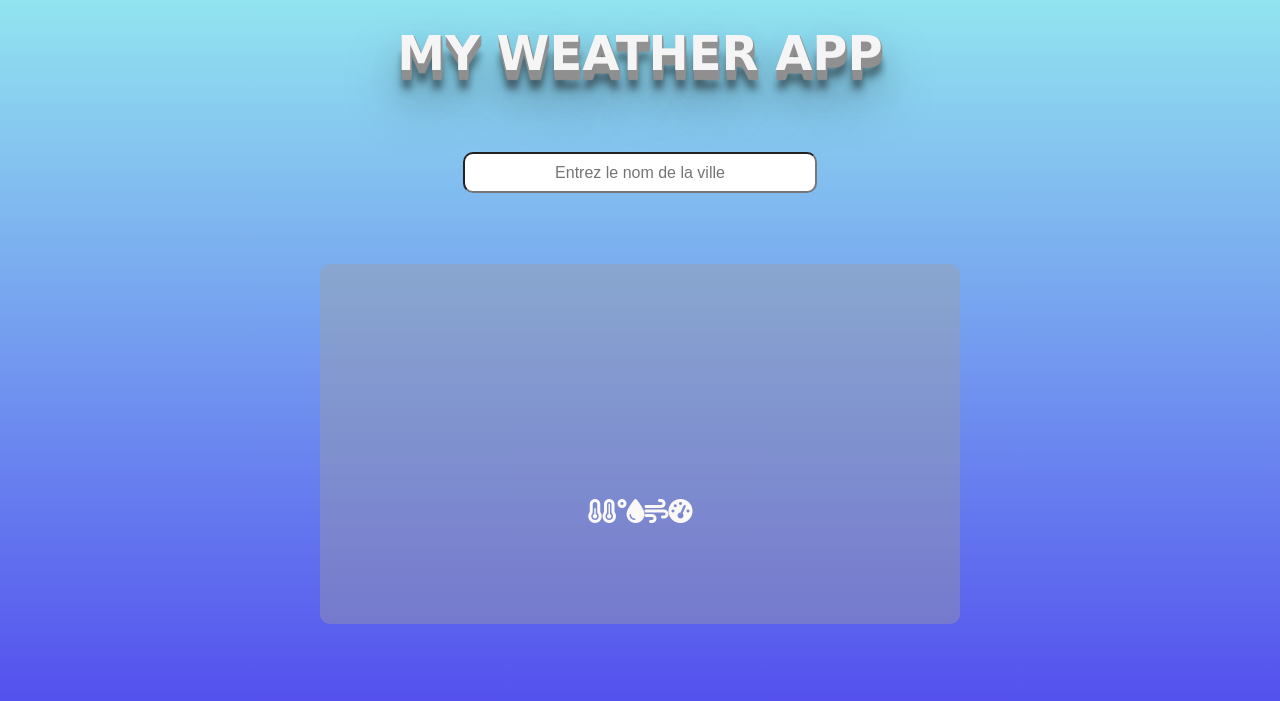
Repository: JeffnyAugustin/MyWeatherApp
Page: index.html
These files come from the project's save history. The page is drawn as it stood at one moment and after the next save; the edit follows.
The browser window is 1280 px wide. The pictures show the whole page.

Above is the page before, as saved 2023-11-15 17:23:35.

After the next save:
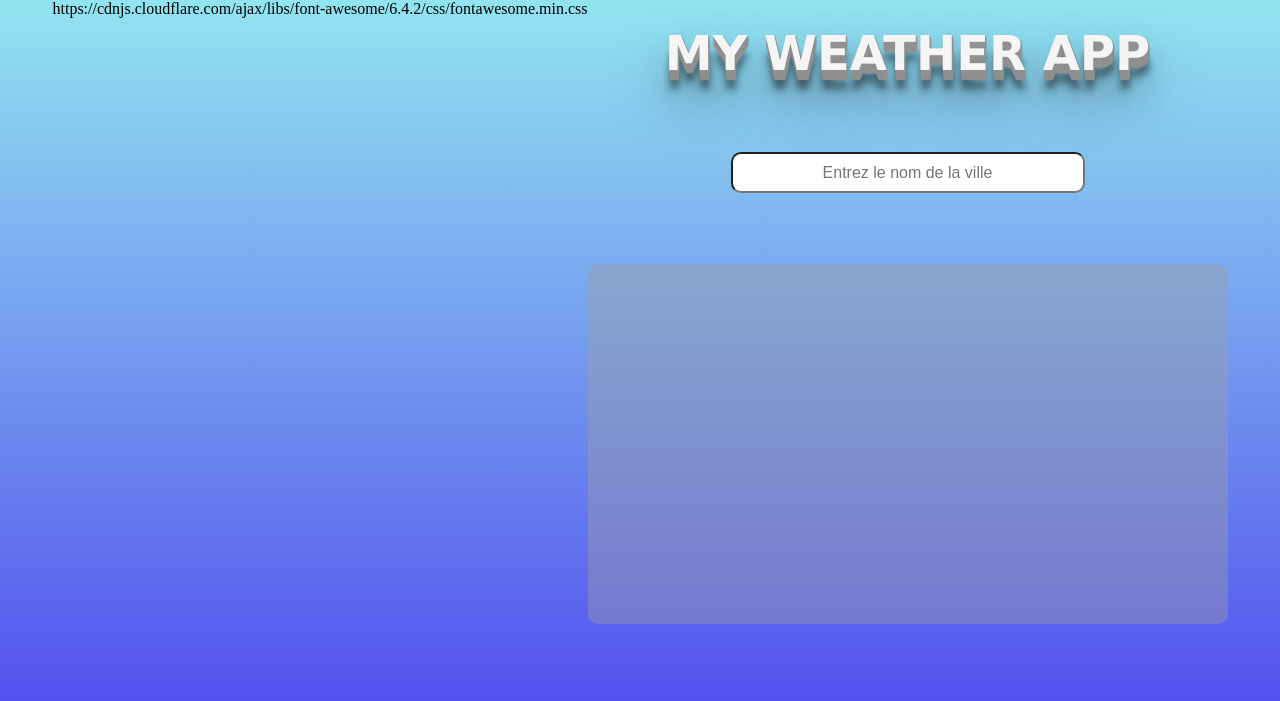
Saved 10 min 1 s later.
--- a/index.html
+++ b/index.html
@@ -5,9 +5,7 @@
     <meta charset="UTF-8">
     <meta http-equiv="X-UA-Compatible" content="IE=edge">
     <meta name="viewport" content="width=device-width, initial-scale=1.0">
-    <link rel="stylesheet" href="https://cdnjs.cloudflare.com/ajax/libs/font-awesome/6.4.0/css/all.min.css"
-        integrity="sha512-iecdLmaskl7CVkqkXNQ/ZH/XLlvWZOJyj7Yy7tcenmpD1ypASozpmT/E0iPtmFIB46ZmdtAc9eNBvH0H/ZpiBw=="
-        crossorigin="anonymous" referrerpolicy="no-referrer" />
+    https://cdnjs.cloudflare.com/ajax/libs/font-awesome/6.4.2/css/fontawesome.min.css
 
     <link rel="stylesheet" href="/css/style.css">
     <title>My Weather App</title>

After the save that followed:
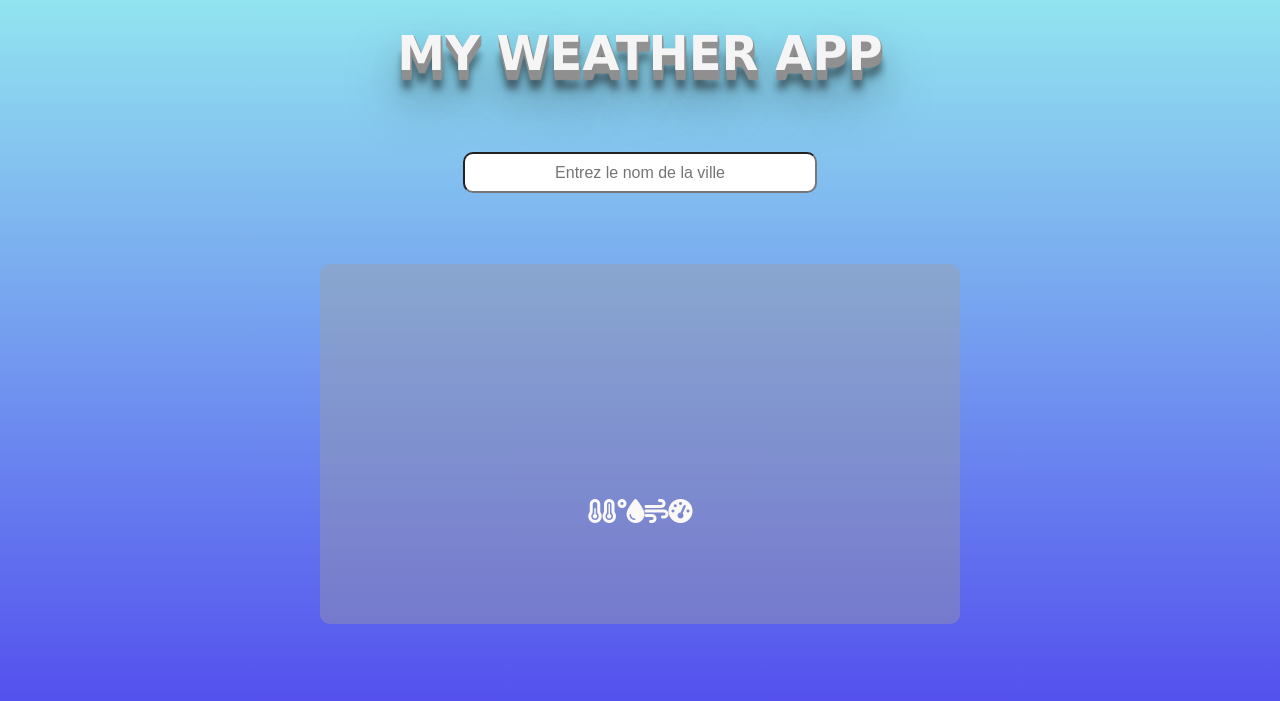
Saved 5 s later.
--- a/index.html
+++ b/index.html
@@ -5,7 +5,9 @@
     <meta charset="UTF-8">
     <meta http-equiv="X-UA-Compatible" content="IE=edge">
     <meta name="viewport" content="width=device-width, initial-scale=1.0">
-    https://cdnjs.cloudflare.com/ajax/libs/font-awesome/6.4.2/css/fontawesome.min.css
+    <link rel="stylesheet" href="https://cdnjs.cloudflare.com/ajax/libs/font-awesome/6.4.0/css/all.min.css"
+        integrity="sha512-iecdLmaskl7CVkqkXNQ/ZH/XLlvWZOJyj7Yy7tcenmpD1ypASozpmT/E0iPtmFIB46ZmdtAc9eNBvH0H/ZpiBw=="
+        crossorigin="anonymous" referrerpolicy="no-referrer" />
 
     <link rel="stylesheet" href="/css/style.css">
     <title>My Weather App</title>
